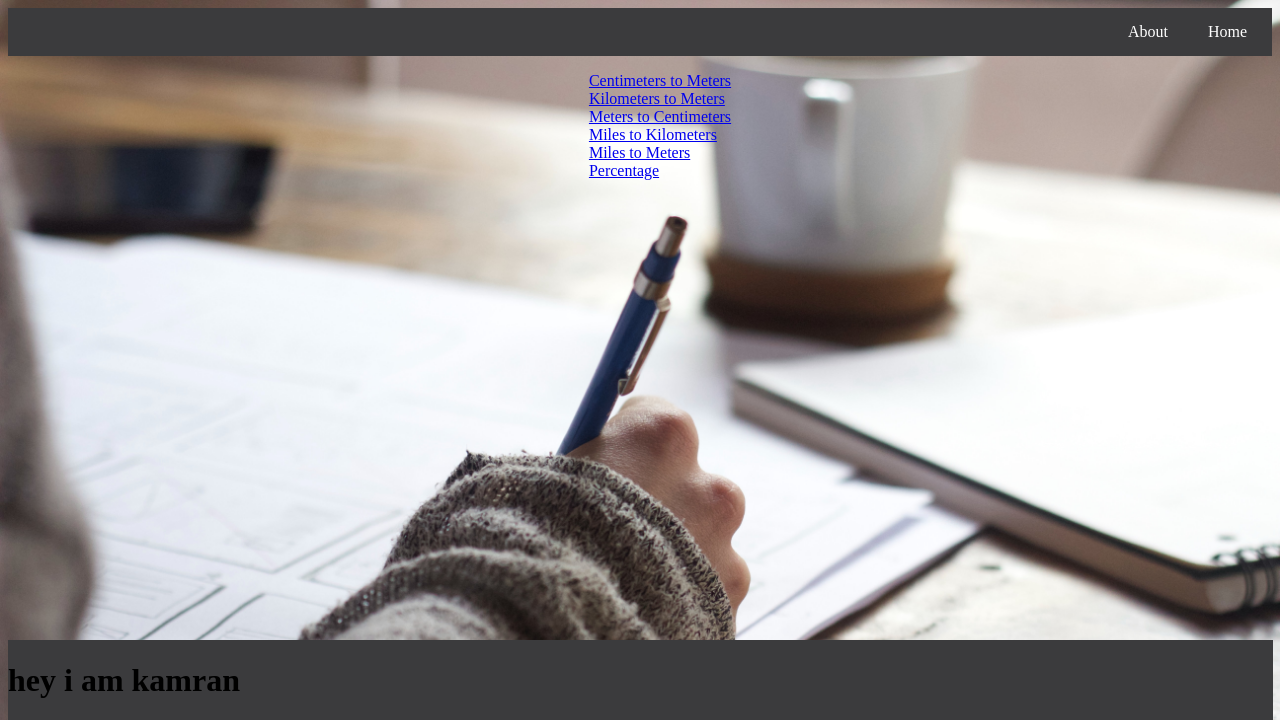
Repository: Kamrangujjar85112/Length-Converter
Page: html/home.html
An editor plug-in stored every save of this project. The page is shown before and after the next save, followed by the edit.
The browser window is 1280 px wide. The pictures show the whole page.

Above is the page before, as saved 2022-01-21 04:26:59.

After the next save:
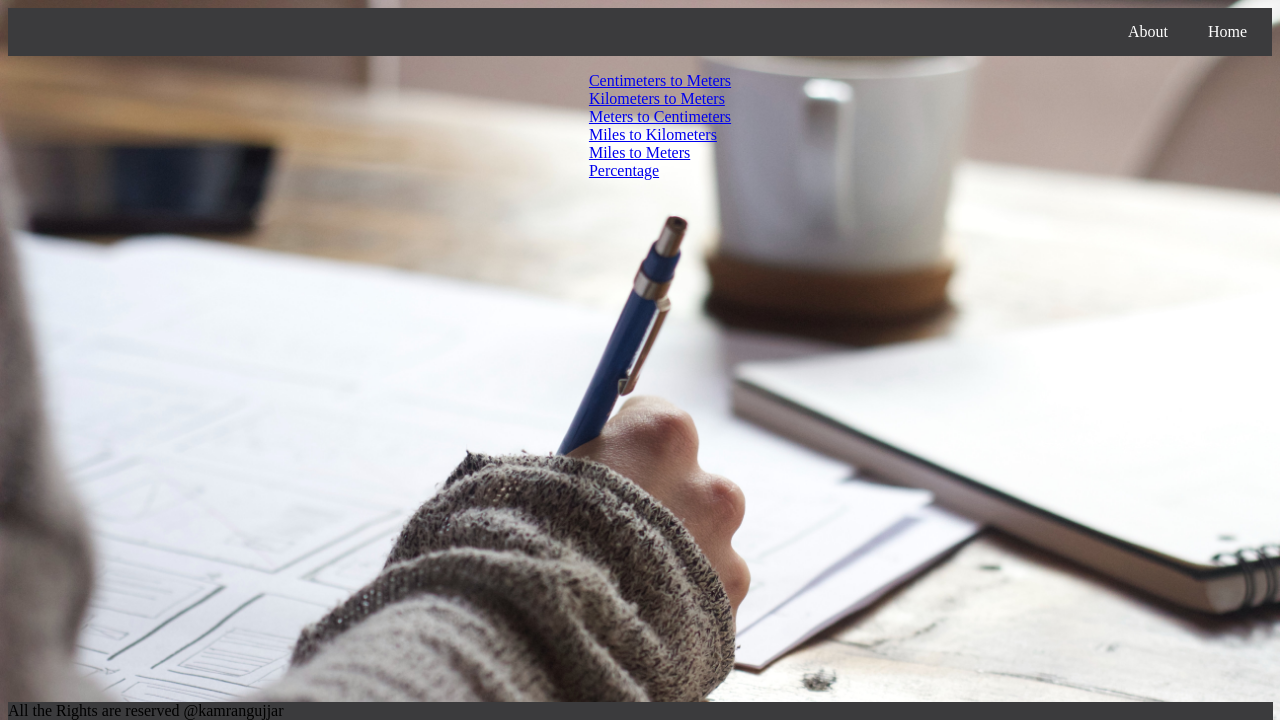
Saved 34 s later.
--- a/html/home.html
+++ b/html/home.html
@@ -43,7 +43,7 @@
             </ul>
         </div>
         <footer class="footer">
-            <h1>hey i am kamran</h1>
+            <span>All the Rights are reserved @kamrangujjar</span>
           </footer>
     </div>
 </body>
